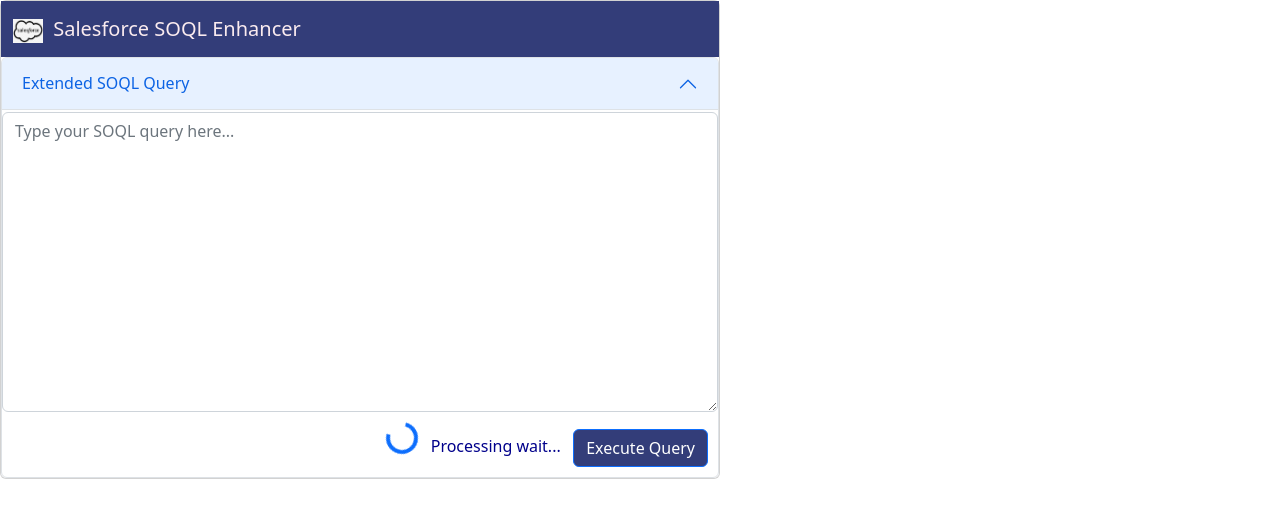
Repository: anweshpargi/salesforceExtension
Page: popup.html
These files come from the project's save history. The page is drawn as it stood at one moment and after the next save; the edit follows.
The browser window is 1280 px wide. The pictures show the whole page.

Above is the page before, as saved 2023-08-27 01:16:36.
Not found: js/jsforce.js

After the next save:
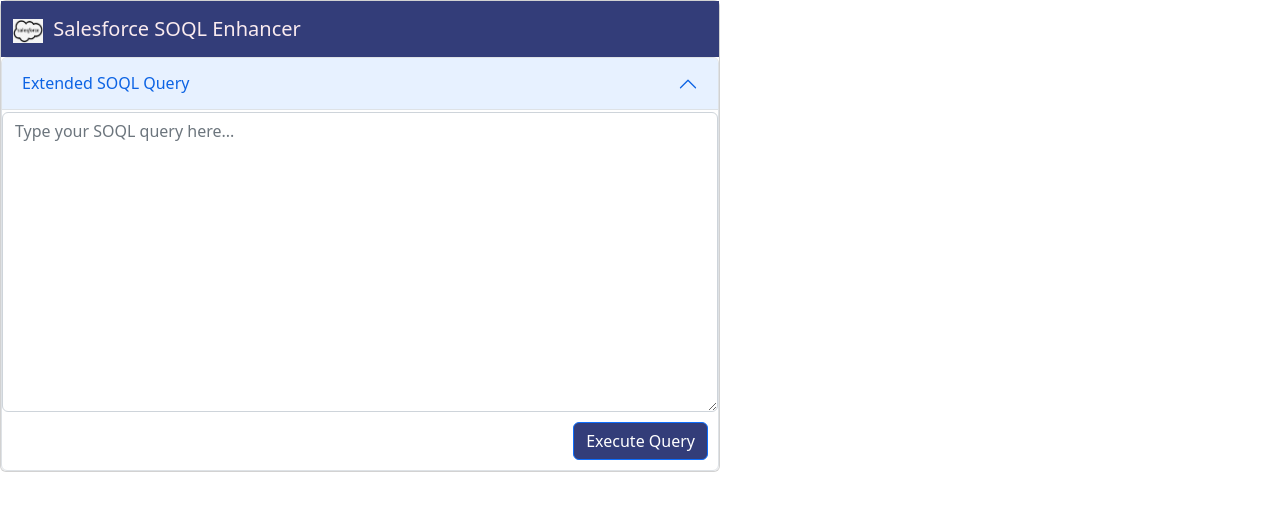
Saved 113 s later.
--- a/popup.html
+++ b/popup.html
@@ -43,7 +43,7 @@
                             placeholder="Type your SOQL query here..." id="floatingtextarea"></textarea>
                     </div>
                     <div style="text-align: right; margin: 10px;">
-                        <span id="loader">
+                        <span id="loader" style="display: none;">
                             <span class="spinner-border text-primary"  role="status"></span>
                             <span style="color: darkblue;"> &nbsp; Processing wait... </span>
                             <span style="color: darkblue;" id="count">  </span>&nbsp;
